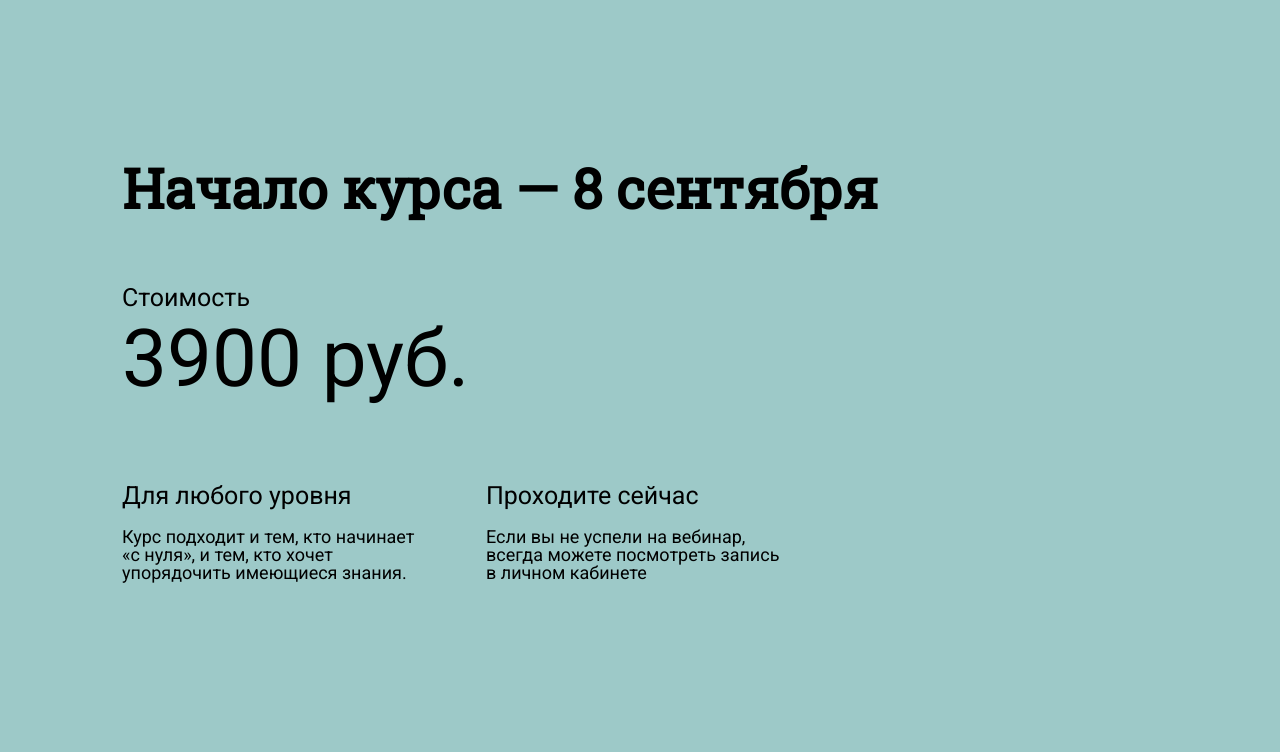
Repository: NatiqSamiyev/fiqma-task3
Page: index.html
An editor plug-in stored every save of this project. The page is shown before and after a run of saves, followed by the edit.
The browser window is 1280 px wide. The pictures show the whole page.

Above is the page before, as saved 2023-08-09 13:29:40.

### index.html
<!DOCTYPE html>
<html lang="en">
  <head>
    <meta charset="UTF-8" />
    <meta name="viewport" content="width=device-width, initial-scale=1.0" />
    <link rel="stylesheet" href="index.css" />
    <title>Document</title>
  </head>
  <body>
    <div class="container">
      <h1>Начало курса — 8 сентября</h1>
      <h2>Стоимость</h2>
      <h3>3900 руб.</h3>
      <ul>
        <li>
          <h4>Для любого уровня</h4>
          <p>
            Курс подходит и тем, кто начинает «с нуля», и тем, кто хочет
            упорядочить имеющиеся знания.
          </p>
        </li>

        <li class="list-2">
          <h4>Проходите сейчас</h4>
          <p>
            Если вы не успели на вебинар, всегда можете посмотреть запись в
            личном кабинете
          </p>
        </li>
      </ul>

    </div>
  </body>
</html>

### index.css
@import url("https://fonts.googleapis.com/css2?family=Roboto+Slab&family=Roboto:wght@400;700&display=swap");
* {
  margin: 0;
  padding: 0;
  box-sizing: border-box;
}

.container {
  width: 100%;
  min-height: 100vh;
  padding: 160px 0 170px 122px;
  background: #9dc9c8;
}

.container h1 {
  margin-bottom: 69px;
  color: #000;
  font-family: Roboto Slab;
  font-size: 55px;
  font-style: normal;
  font-weight: 700;
  line-height: 101.385%;
}

.container h2 {
  margin-bottom: 9px;
  color: #000;
  font-family: Roboto;
  font-size: 25px;
  font-style: normal;
  font-weight: 400;
  line-height: 101.385%;
}

.container h3 {
  color: #000;
  font-family: Roboto;
  font-size: 80px;
  font-style: normal;
  font-weight: 400;
  line-height: 101.385%;
}

.container ul {
  margin-top: 83px;
  display: flex;
}

.container ul li {
  list-style-type: none;
  margin-right: 70px;
  width: 294px;
}

.container h4 {
  margin-bottom: 20px;
  color: #000;
  font-family: Roboto;
  font-size: 25px;
  font-style: normal;
  font-weight: 400;
  line-height: 101.385%;
}

.container p {
  color: #000;
  font-family: Roboto;
  font-size: 18px;
  font-style: normal;
  font-weight: 400;
  line-height: 101.385%;
}

After the next 4 saves:
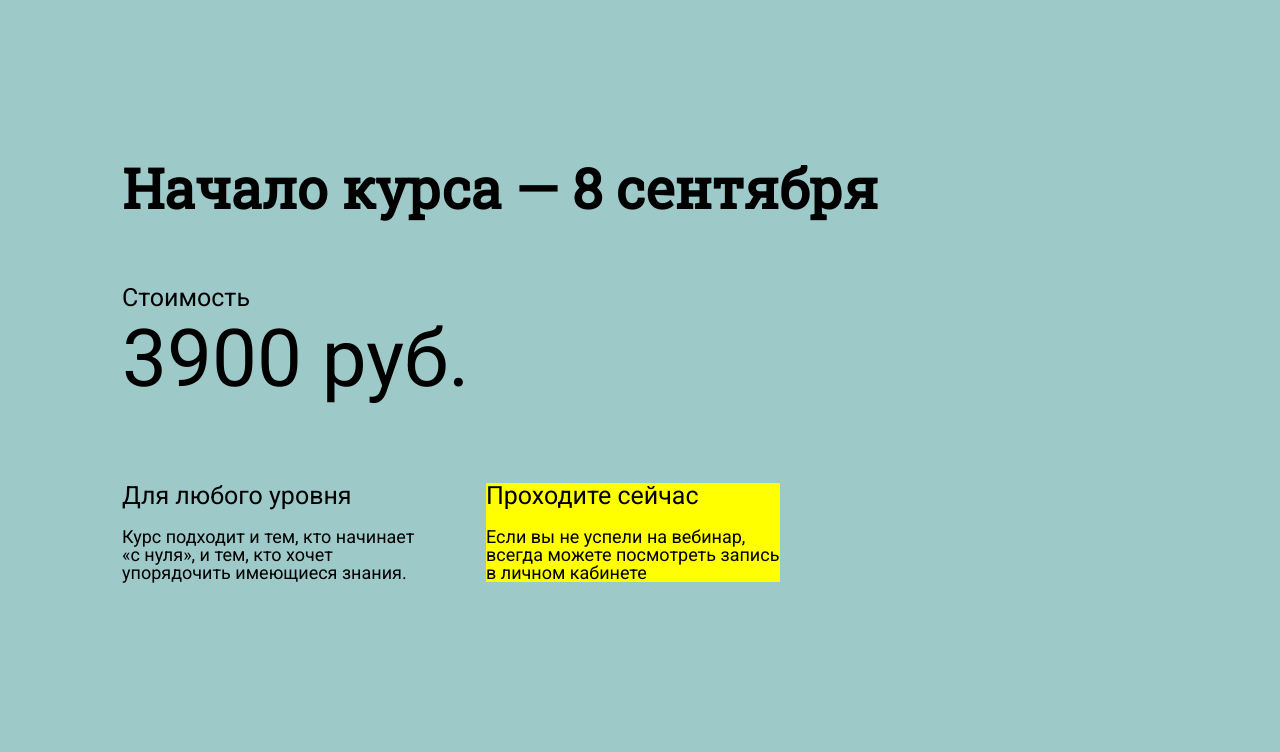
The 4 saves are shown as one change because they came seconds apart.
The last was saved 12 s later.
--- a/index.css
+++ b/index.css
@@ -70,3 +70,7 @@
   font-weight: 400;
   line-height: 101.385%;
 }
+.list-2
+{
+  background-color: yellow;
+}

After the save that followed:
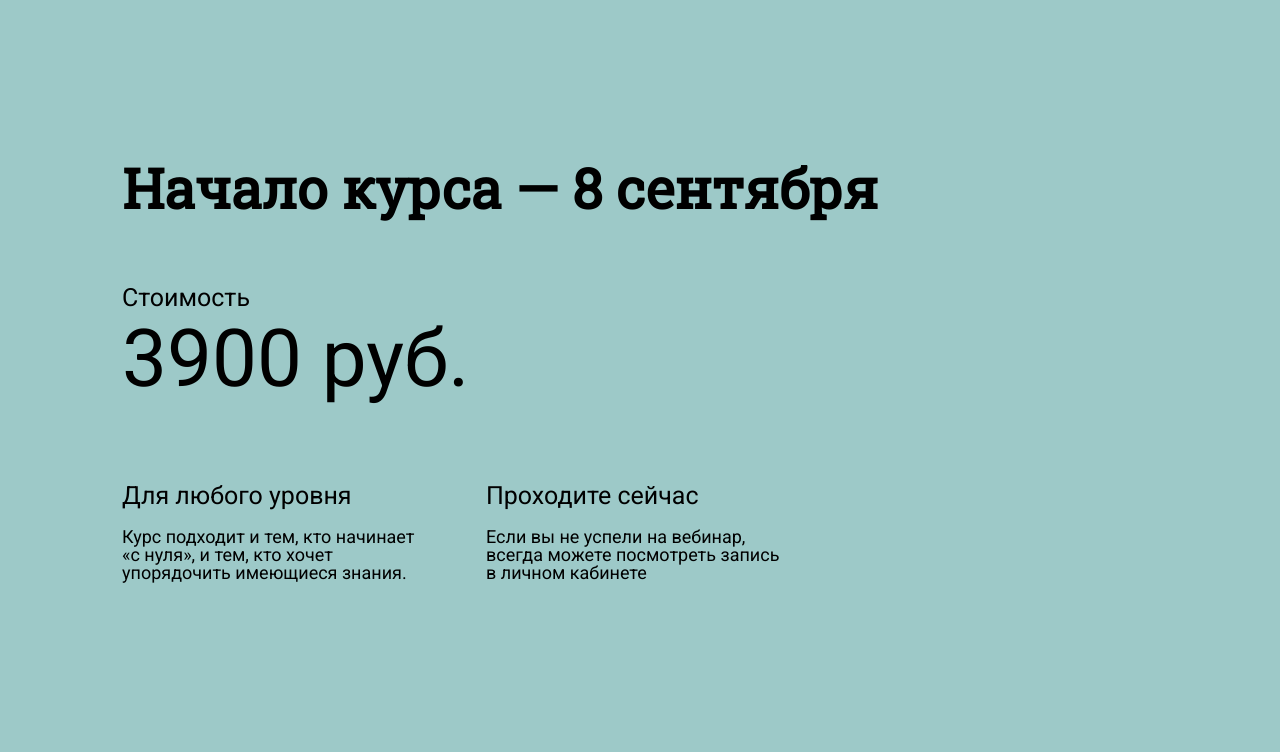
Saved 7 s later.
--- a/index.css
+++ b/index.css
@@ -70,7 +70,3 @@
   font-weight: 400;
   line-height: 101.385%;
 }
-.list-2
-{
-  background-color: yellow;
-}
